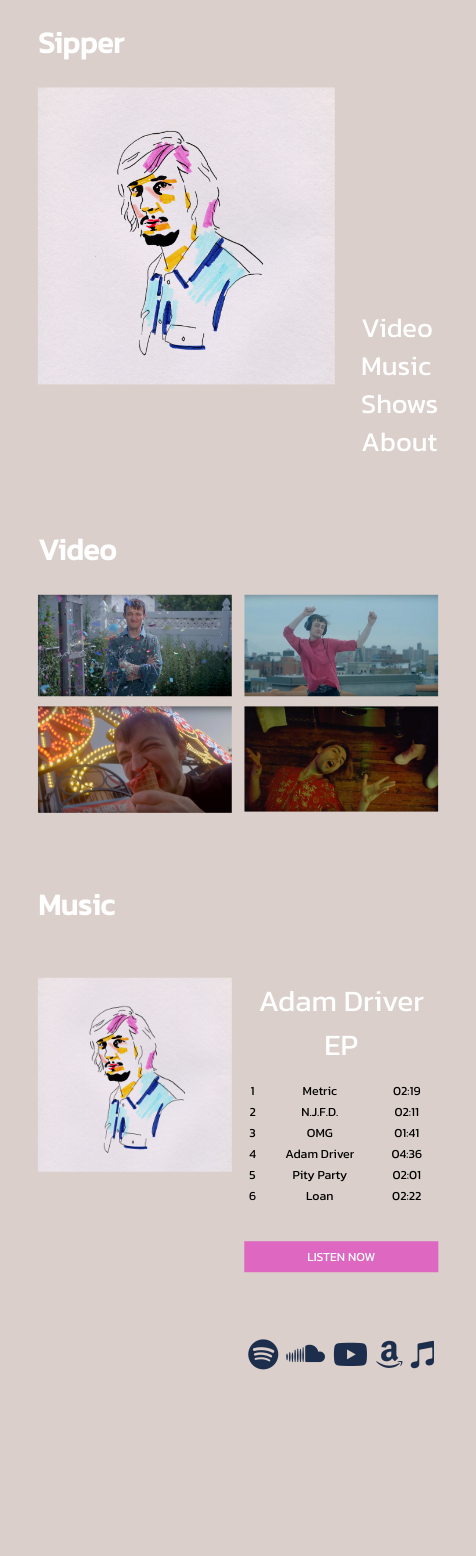
Repository: KrystellBarraza/SipperNYC
Page: index.html
The author's editor kept a copy of each file at every save. The page is drawn from the files as they stood at one save, then again after the next save.
The browser window is 768 px wide. The pictures show the whole page, at 62% of full size.
Some web libraries are served in a nearby version.

Above is the page before, as saved 2019-08-21 05:55:08.

After the next save:
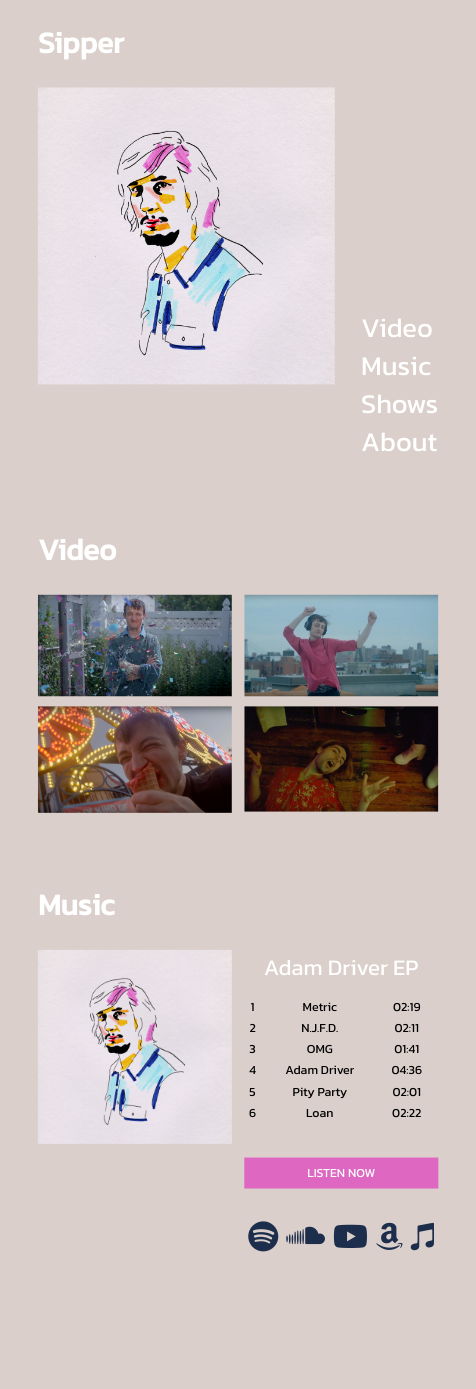
Saved 2 min 0 s later.
--- a/style.css
+++ b/style.css
@@ -552,3 +552,10 @@ i.fab:hover {
     }
 
 }
+
+@media only screen and (max-width: 769px) {
+    .music-k > .ep-title {
+        font-size: 36px;
+        text-align: center;
+    }
+}
